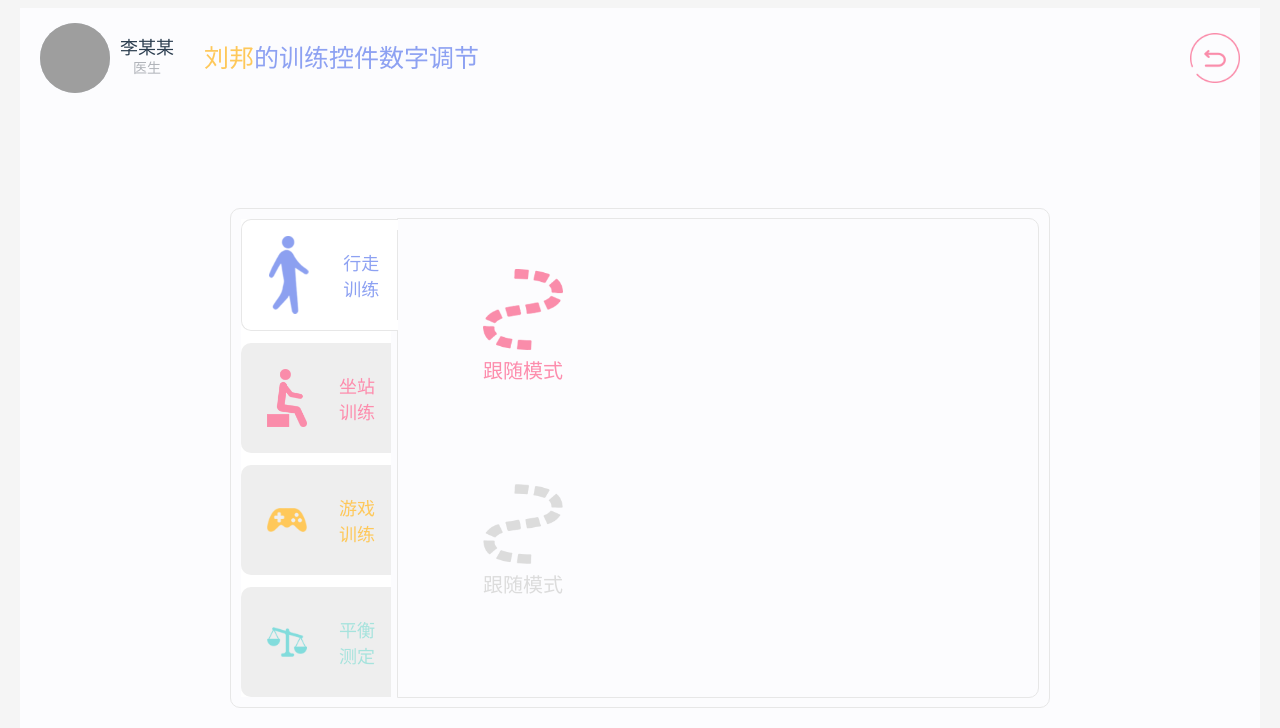
Repository: wangdanqing90/electron-vue-doctor
Page: /#/trainingAdjust
The author's editor kept a copy of each file at every save. The page is drawn from the files as they stood at one save, then again after the next save.
The browser window is 1280 px wide. The pictures show the whole page.
Pictures or frames that could not be fetched are drawn as grey boxes. The project was rebuilt for these pictures with package versions that can differ from the ones it lists, and the page was loaded fresh each time. Also part of the build but not shown: vue.config.js, src/views/Home.vue, src/assets/styles/variable.scss, src/assets/styles/iconfont.css.

Above is the page before, as saved 2020-01-15 10:55:15.

### public/index.html
<!DOCTYPE html>
<html lang="en">
  <head>
    <meta charset="utf-8">
    <meta http-equiv="X-UA-Compatible" content="IE=edge">
    <meta name="viewport" content="width=device-width,initial-scale=1.0">
    <link rel="icon" href="<%= BASE_URL %>favicon.ico">
    <title>electron-vue-demo</title>
  </head>
  <body>
    <noscript>
      <strong>We're sorry but electron-vue-demo doesn't work properly without JavaScript enabled. Please enable it to continue.</strong>
    </noscript>
    <div id="app"></div>
    <!-- built files will be auto injected -->
  </body>
</html>

### src/main.js
import Vue from 'vue'
import ElementUI from 'element-ui';
import 'element-ui/lib/theme-chalk/index.css';
import App from './App.vue'
import router from './router'
import store from './store'


import './assets/styles/variable.scss';
import './assets/styles/base.scss';
import './assets/styles/common.scss';
import './assets/styles/iconfont.css';
import common from './assets/js/common.js';


Vue.config.productionTip = false;
Vue.prototype.common = common;
Vue.use(ElementUI);


var vm = new Vue({
  router,
  store,
  render: h => h(App)
}).$mount('#app')





//var addon = require('bindings')('hello');var addon = require('bindings')('hello');
//alert(addon.hello()); // 'world'

### src/App.vue
<template>
  <div id="app">
    <!-- <div id="nav">
      <router-link to="/">Home</router-link> |
      <router-link to="/about">About</router-link>
    </div>-->
    <keep-alive>
      <router-view v-if="$route.meta.keepAlive"></router-view>
    </keep-alive>
    <router-view v-if="!$route.meta.keepAlive"></router-view>
  </div>
</template>

<style lang="scss">
#app {
  font-family: "Avenir", Helvetica, Arial, sans-serif;
  -webkit-font-smoothing: antialiased;
  -moz-osx-font-smoothing: grayscale;
  text-align: center;
  color: #2c3e50;
  height: 100%;
}
#nav {
  padding: 30px;
  a {
    font-weight: bold;
    color: #2c3e50;
    &.router-link-exact-active {
      color: #42b983;
    }
  }
}
</style>

### src/router.js
import Vue from 'vue'
import Router from 'vue-router'
import Home from './views/Home.vue'



const routerPush = Router.prototype.push
Router.prototype.push = function push(location) {
  return routerPush.call(this, location).catch(error => error)
}

Vue.use(Router)

export default new Router({
  routes: [{
      path: '/',
      name: 'home',
      component: Home,
      meta: {
        title: '首页',
        keepAlive: false
      }
    }, {
      path: '/login',
      name: 'login',
      component: () => import('./views/Login/Login.vue'),
      meta: {
        title: '登录',
        keepAlive: false
      }
    },
    {
      path: '/result',
      name: 'result',
      component: () => import('./views/Result/Result.vue'),
      meta: {
        title: '重置结果',
        keepAlive: false
      }
    },
    {
      path: '/forgetPassword',
      name: 'forgetPassword',
      component: () => import('./views/ForgetPassword/ForgetPassword.vue'),
      meta: {
        title: '忘记密码',
        keepAlive: false
      }
    }, {
      path: '/register',
      name: 'register',
      component: () => import('./views/Register/Register.vue'),
      meta: {
        title: '注册',
        keepAlive: false
      }
    }, {
      path: '/detailInform',
      name: 'detailInform',
      component: () => import('./views/DetailInform/DetailInform.vue'),
      meta: {
        title: '基本信息',
        keepAlive: false
      }
    }, {
      path: '/trainingList',
      name: 'trainingList',
      component: () => import('./views/TrainingList/TrainingList.vue'),
      meta: {
        title: '训练列表',
        keepAlive: false
      }
    }, {
      path: '/trainingPlan',
      name: 'trainingPlan',
      component: () => import('./views/TrainingPlan/TrainingPlan.vue'),
      meta: {
        title: '本次训练计划',
        keepAlive: false
      }
    }, {
      path: '/trainingSlider',
      name: 'trainingSlider',
      component: () => import('./views/TrainingSlider/TrainingSlider.vue'),
      meta: {
        title: '训练模式选择',
        keepAlive: false
      }
    }, {
      path: '/trainingAdjust',
      name: 'trainingAdjust',
      component: () => import('./views/TrainingAdjust/TrainingAdjust.vue'),
      meta: {
        title: '训练控件数字调节',
        keepAlive: false
      }
    }
  ]
})

### src/assets/styles/base.scss
html {
  background: #f5f5f5;
  height: 100%;
}

body {
  height: 100%;
}

p {
  margin: 0;
  padding: 0;
}

ol,
ul {
  list-style: none;
  margin: 0;
  padding: 0;
}

a {
  cursor: pointer;
}

.wrap-white {
  background: #fff;
  padding-left: 20px;
  padding-right: 20px;
  overflow: hidden;

}

.el-breadcrumb {
  margin-bottom: 15px;
}

.el-titleText {
  font-size: 20px;
  color: black;
  height: 64px;
  line-height: 64px;
}

//::-webkit-scrollbar {
//  width: 5px;
//  height: 5px;
//}
//
//::-webkit-scrollbar:horizontal {
//  height: 15px;
//}
//
//::-webkit-scrollbar-track-piece:vertical {
//  background-color: rgba(0, 0, 0, 0.2);
//  -webkit-border-radius: 6px;
//}
//
//::-webkit-scrollbar-track:horizontal {
//  background-color: rgba(0, 0, 0, 0.2);
//}
//
//::-webkit-scrollbar-thumb:vertical {
//  height: 5px;
//  background-color: rgba(125, 125, 125, 0.7);
//  -webkit-border-radius: 6px;
//}
//
//::-webkit-scrollbar-thumb:horizontal {
//  width: 5px;
//  background-color: rgba(125, 125, 125, 0.7);
//}

input[type="text"],
input[type="number"] {
  //-webkit-appearance: none;
  background-color: #fff;
  border-radius: 4px;
  border: 1px solid #d8dce5;
  box-sizing: border-box;
  color: #5a5e66;
  display: inline-block;
  font-size: inherit;
  height: 40px;
  line-height: 1;
  outline: 0;
  padding: 0 15px;
  -webkit-transition: border-color .2s cubic-bezier(.645, .045, .355, 1);
  transition: border-color .2s cubic-bezier(.645, .045, .355, 1);
  width: 100%;

  &:hover {
    border-color: #b4bccc;
  }

  &:focus {
    border-color: #409EFF;
    outline: 0;
  }
}

/*滚动条*/
::-webkit-scrollbar {
  -webkit-appearance: none;
}

::-webkit-scrollbar:vertical {
  width: 10px;
}

::-webkit-scrollbar:horizontal {
  height: 10px;
}

::-webkit-scrollbar-thumb {
  background-color: rgba(0, 0, 0, .5);
  border-radius: 10px;
  border: 2px solid #ffffff;
}

::-webkit-scrollbar-track {
  border-radius: 10px;
  background-color: #ffffff;
}

/*margin*/
.margin-bottom-240 {
  margin-bottom: 240px;
}

.margin-top--10 {
  margin-top: -10px;
}

.margin-top--15 {
  margin-top: -15px;
}

.margin-top--18 {
  margin-top: -18px;
}

.margin-top--20 {
  margin-top: -20px;
}

.margin-top--40 {
  margin-top: -40px;
}

.margin-top--60 {
  margin-top: -60px;
}

.margin-top--80 {
  margin-top: -80px;
}

.margin-top--180 {
  margin-top: -180px;
}

.margin-top-0 {
  margin-top: 0px !important;
}

.margin-top-10 {
  margin-top: 10px;
}

.margin-top-15 {
  margin-top: 15px;
}

.margin-top-20 {
  margin-top: 20px;
}

.margin-top-25 {
  margin-top: 25px;
}

.margin-top-30 {
  margin-top: 30px;
}

.margin-top-35 {
  margin-top: 35px;
}

.margin-top-40 {
  margin-top: 40px;
}

.margin-top-46 {
  margin-top: 46px;
}

.margin-top-50 {
  margin-top: 50px;
}

.margin-top-60 {
  margin-top: 60px;
}

.margin-top-70 {
  margin-top: 70px;
}

.margin-top-80 {
  margin-top: 80px;
}

.margin-top-100 {
  margin-top: 100px;
}

.margin-bottom-0 {
  margin-bottom: 0px !important;
}

.margin-bottom-5 {
  margin-bottom: 5px;
}

.margin-bottom-10 {
  margin-bottom: 20px;
}

.margin-bottom-20 {
  margin-bottom: 20px;
}

.margin-bottom-25 {
  margin-bottom: 25px;
}

.margin-bottom-30 {
  margin-bottom: 30px;
}

.margin-bottom-40 {
  margin-bottom: 40px;
}

.margin-bottom-50 {
  margin-bottom: 50px;
}

.margin-bottom-60 {
  margin-bottom: 60px;
}

.margin-bottom-70 {
  margin-bottom: 70px;
}

.margin-left-0 {
  margin-left: 0px !important;
}

.margin-left-5 {
  margin-left: 5px;
}

.margin-left--15 {
  margin-left: -15px;
}

.margin-left--35 {
  margin-left: -35px;
}

.margin-left-10 {
  margin-left: 10px;
}

.margin-left-25 {
  margin-left: 25px;
}

.margin-left-30 {
  margin-left: 30px;
}

.margin-left-40 {
  margin-left: 40px;
}

.margin-right-0 {
  margin-right: 0px;
}

.margin-right-5 {
  margin-right: 5px;
}

.margin-right-10 {
  margin-right: 10px;
}

.margin-right-30 {
  margin-right: 30px;
}


.margin-right--15 {
  margin-right: -15px;
}

.margin-right--35 {
  margin-right: -35px;
}

.margin-right--50 {
  margin-right: -50px;
}

.margin-0 {
  margin: 0px;
}

.padding-top-5 {
  padding-top: 5px;
}

.padding-top-10 {
  padding-top: 10px;
}

.padding-top-15 {
  padding-top: 15px;
}

.padding-top-20 {
  padding-top: 20px;
}

.padding-top-26 {
  padding-top: 26px;
}

.padding-top-30 {
  padding-top: 30px;
}

.padding-top-35 {
  padding-top: 35px;
}

.padding-top-40 {
  padding-top: 40px;
}

.padding-top-60 {
  padding-top: 60px;
}

.padding-top-70 {
  padding-top: 70px;
}

.padding-top-100 {
  padding-top: 100px;
}

.padding-top-150 {
  padding-top: 150px;
}

.padding-top-250 {
  padding-top: 250px;
}

.padding-left-0 {
  padding-left: 0px;
}

.padding-left-5 {
  padding-left: 5px;
}

.padding-left-7 {
  padding-left: 7.5px;
}

.padding-left-10 {
  padding-left: 10px;
}

.padding-left-12 {
  padding-left: 12px;
}

.padding-left-15 {
  padding-left: 15px;
}

.padding-left-20 {
  padding-left: 20px;
}

.padding-left-24 {
  padding-left: 24px;
}

.padding-left-30 {
  padding-left: 30px;
}

.padding-left-40 {
  padding-left: 40px;
}

.padding-left-50 {
  padding-left: 50px;
}

.padding-left-70 {
  padding-left: 70px;
}

.padding-left-90 {
  padding-left: 90px;
}

.padding-bottom-5 {
  padding-bottom: 5px;
}

.padding-bottom-10 {
  padding-bottom: 10px;
}

.padding-bottom-20 {
  padding-bottom: 20px;
}

.padding-bottom-26 {
  padding-bottom: 26px;
}

.padding-bottom-30 {
  padding-bottom: 30px;
}

.padding-bottom-40 {
  padding-bottom: 40px;
}

.padding-bottom-50 {
  padding-bottom: 50px;
}

.padding-bottom-60 {
  padding-bottom: 60px;
}

.padding-bottom-100 {
  padding-bottom: 100px;
}

.padding-right-0 {
  padding-right: 0px;
}

.padding-right-7 {
  padding-right: 7.5px;
}

.padding-right-15 {
  padding-right: 15px;
}

.padding-right-30 {
  padding-right: 30px;
}

.padding-right-40 {
  padding-right: 40px;
}

.padding-right-50 {
  padding-right: 50px;
}

.padding-right-60 {
  padding-right: 60px;
}

.padding-right-90 {
  padding-right: 90px;
}

.padding-0 {
  padding: 0px !important;
}

.padding-15 {
  padding: 15px;
}

.padding-20 {
  padding: 20px;
}

@media (min-width: 992px) {
  .margin-left-15 {
    margin-left: 15px;
  }

  .margin-right-15 {
    margin-right: 15px;
  }
}

body {
  font-size: 12px;
  color: #7F8FA4;
  font-family: "Helvetica Neue", Helvetica, "PingFang SC", "Hiragino Sans GB", "Microsoft YaHei", "微软雅黑", Arial, sans-serif;
  box-sizing: border-box;
}

.container {
  width: 1200px;
  min-height: 100%;
  margin: 0 auto;
  background: #fcfcfe;
  padding: 0 20px;
}

.el-dialog__body {
  font-size: 12px;
}

.pb10 {
  padding-bottom: 10px;
}

.pb30 {
  padding-bottom: 30px;
}

.mb30 {
  margin-bottom: 30px;
}

.toolbar {
  background: #fff;
  padding: 10px;
  margin: 10px 0px;
  text-align: center;
}

.handleMoreWrap .el-dialog__body {
  padding: 10px;
}

.handleMore-title {
  text-align: center;
  padding-bottom: 6px;
}

.handleMoreHeight {
  max-height: 300px;
  overflow: hidden;
  overflow-y: auto;
  border-top: 1px solid #ddd;
  padding-top: 10px;
}

.el-table__header th {
  white-space: nowrap;
  font-size: 12px;
  font-weight: 100;
}

.content-wrapper {
  -webkit-overflow-scrolling: touch;
}

.center {
  text-align: center;
}

.text-right {
  text-align: right;
}

.text-left {
  text-align: left;
}

.f-left {
  float: left;
}

.f-right {
  float: right;
}

.hand {
  cursor: pointer;
}

/*flex兼容*/
.display_flex {
  display: -webkit-box;
  display: -ms-flexbox;
  display: -webkit-flex;
  display: flex;
}

// .display_flex>* {
//   display: block;
// }

.display_inline-flex {
  display: -webkit-inline-box;
  display: -ms-inline-flexbox;
  display: -webkit-inline-flex;
  display: inline-flex;
}

// .display_inline-flex>* {
//   display: block;
// }

/*伸缩流方向*/
.flex-direction_column {
  -webkit-box-orient: vertical;
  -ms-flex-direction: column;
  -webkit-flex-direction: column;
  flex-direction: column;
}

/*主轴对齐*/
.justify-content_flex-center {
  -webkit-box-pack: center;
  -ms-flex-pack: center;
  -webkit-justify-content: center;
  justify-content: center;
}

.justify-content_flex-start {
  -webkit-box-pack: start;
  -ms-flex-pack: start;
  -webkit-justify-content: flex-start;
  justify-content: flex-start;
}

.justify-content_flex-end {
  -webkit-box-pack: end;
  -ms-flex-pack: end;
  -webkit-justify-content: flex-end;
  justify-content: flex-end;
}

.justify-content_flex-justify {
  -webkit-box-pack: justify;
  -ms-flex-pack: justify;
  -webkit-justify-content: space-between;
  justify-content: space-between;
}

.justify-content_flex-around {
  -webkit-box-pack: justify;
  -ms-flex-pack: justify;
  -webkit-justify-content: space-around;
  justify-content: space-around;
}

/*侧轴对齐*/
.align-items_flex-start {
  -webkit-box-align: start;
  -ms-flex-align: start;
  -webkit-align-items: flex-start;
  align-items: flex-start;
}

.align-items_flex-end {
  -webkit-box-align: end;
  -ms-flex-align: end;
  -webkit-align-items: flex-end;
  align-items: flex-end;
}

.align-items_center {
  -webkit-box-align: center;
  -ms-flex-align: center;
  -webkit-align-items: center;
  align-items: center;
}

.align-items_baseline {
  -webkit-box-align: baseline;
  -ms-flex-align: baseline;
  -webkit-align-items: baseline;
  align-items: baseline;
}

/*伸缩性*/
.flex_auto {
  -webkit-box-flex: 1;
  -ms-flex: auto;
  -webkit-flex: auto;
  flex: auto;
}

.flex_1 {
  width: 0;
  -webkit-box-flex: 1;
  -ms-flex: 1;
  -webkit-flex: 1;
  flex: 1;
}

/*显示顺序*/
.order_2 {
  -webkit-box-ordinal-group: 2;
  -ms-flex-order: 2;
  -webkit-order: 2;
  order: 2;
}

.order_3 {
  -webkit-box-ordinal-group: 3;
  -ms-flex-order: 3;
  -webkit-order: 3;
  order: 3;
}

### src/assets/styles/common.scss
.clearfix {

  &::after {
    display: block;
    height: 0;
    content: ".";
    clear: both;
    visibility: hidden;
  }
}

.float-left {
  float: left;
}

.float-right {
  float: right;
}

.align-left {
  text-align: left;
}

.align-right {
  text-align: right;
}

.small-size {
  font-size: 12px !important;
}

.large-size {
  font-size: 16px !important;
}

.New-elFrom {
  padding: 10px;
  background: #fff;

  .el-form-item {
    margin-bottom: 0;
  }

  .el-form-item__label {
    padding: 0;
    line-height: 30px;
    font-size: 12px;
    color: #7F8FA4;

  }

  .el-form-item__content-btn {
    text-align: center;
    padding: 20px 0 10px;
  }

  .el-select {
    display: block;
  }

  .el-date-editor.el-input,
  .el-input-number--medium {
    width: 100%;
  }
}

.el-radio-group {
  display: flex;
  display: -webkit-flex;
}

.el-radio-group .el-radio-button {
  flex: 1;
}



.el-button.purple,
.el-button.purple:active,
.el-button.purple:focus,
.el-button.purple:hover {
  color: white;
  background-color: #8c69e7;
  border: none;
  box-shadow: 0 2px 12px 0 rgba(240, 240, 240, 0.1)
}



.el-dialog {
  border-radius: 10px;

  .el-dialog__body {
    .purple {
      color: $purpleFontColor;
      font-size: 20px;
    }
  }
}

.el-form-item__label {
  color: $purpleFontColor;
}

.el-message-box .el-message-box__content {
  color: $purpleFontColor;
  font-size: 20px;
  margin: 30px 0;
  text-align: center;
}

.purpleFontColor {
  color: $purpleFontColor;
}

.pinkFontColor {
  color: $pinkFontColor;
}

.greenFontColor {
  color: $greenFontColor;
}

.yellowFontColor {
  color: $yellowFontColor;
}

### src/assets/js/common.js
1
export default {
    login: function () {
        console.log("1111");
    },

    // 判断是否为空
    isNullOrBlank: function (strJudge) {
        return strJudge === null || strJudge === undefined || strJudge === '';
    },

    // 计算两个日期时间差
    DateDiff: function (sDate1, sDate2) { // sDate1和sDate2是2002-12-18格式
        var aDate, oDate1, oDate2, iDays
        aDate = sDate1.split('-')
        oDate1 = new Date(aDate[1] + '-' + aDate[2] + '-' + aDate[0])
        aDate = sDate2.split('-')
        oDate2 = new Date(aDate[1] + '-' + aDate[2] + '-' + aDate[0])
        iDays = parseInt(Math.abs(oDate1 - oDate2) / 1000 / 60 / 60 / 24)
        return iDays
    }
}

### src/views/TrainingAdjust/TrainingAdjust.vue
/* eslint-disable vue/no-unused-vars */
<template>
  <div class="container">
    <HeaderDoctor :leftImg="leftImg" :title="title" :titleName="titleName">
      <template v-slot:right>
        <div class="header-right-div display_flex justify-content_flex-center align-items_center">
          <img src="@/../images/back.png" @click="backClick" />
        </div>
      </template>
    </HeaderDoctor>

    <div class="inform-container">
      <div class="inform-inner display_flex justify-content_flex-justify align-items_center">
        <div
          class="left display_inline-flex flex-direction_column justify-content_flex-justify align-items_center"
        >
          <div
            class="left-inner"
            :class="activeClass == index ? 'active':''"
            v-for="(item,index) in tagList"
            :key="index"
            @click="getItem(index)"
          >
            <div
              class="left-inner-inner display_flex justify-content_flex-around align-items_center"
            >
              <img :src="item.imgsrc" />
              <div :class="item.colorClass">
                <div>{{item.name}}</div>
                <div>{{item.namebottom}}</div>
              </div>
            </div>
          </div>
        </div>
        <div class="right">
          <div
            class="adjust-container"
            :class="activeRightClass == index ? item.colorClass:''"
            v-for="(item,index) in adjustList"
            :key="index"
            @click="selectClick(index)"
          >
            <div class="top">
              <img :src="item.activeRightClass?item.selectedImg:item.unselectedImg" />
              <div>{{item.title}}</div>
            </div>
            <div class="bottom">
              <Adjust></Adjust>
            </div>
          </div>
        </div>
      </div>
    </div>
  </div>
</template>

<script>
import HeaderDoctor from "@/components/HeaderDoctor/HeaderDoctor.vue";
import Adjust from "@/components/Adjust/Adjust.vue";

export default {
  name: "trainingPlan",
  components: {
    HeaderDoctor,
    Adjust
  },

  data() {
    return {
      leftImg: "",
      activeClass: 0,
      activeRightClass: 0,
      tagList: [
        {
          name: "行走",
          namebottom: "训练",
          id: 1,
          imgsrc: require("@/../images/walkingtraining.png"),
          colorClass: "purpleFontColor"
        },
        {
          name: "坐站",
          namebottom: "训练",
          id: 2,
          imgsrc: require("@/../images/stationtraining.png"),
          colorClass: "pinkFontColor"
        },
        {
          name: "游戏",
          namebottom: "训练",
          id: 3,
          imgsrc: require("@/../images/gametraining.png"),
          colorClass: "yellowFontColor"
        },
        {
          name: "平衡",
          namebottom: "测定",
          id: 4,
          imgsrc: require("@/../images/balancedetermination.png"),
          colorClass: "greenFontColor"
        }
      ],
      adjustList: [
        {
          selectedImg: require("@/../images/followmode_0.png"),
          unselectedImg: require("@/../images/followmode_2.png"),
          title: "跟随模式",
          width: "210px",
          colorClass: "pinkFontColor",
          activeRightClass: true
        },
        {
          selectedImg: require("@/../images/followmode_0.png"),
          unselectedImg: require("@/../images/followmode_2.png"),
          title: "跟随模式",
          width: "210px",
          colorClass: "pinkFontColor",
          activeRightClass: false
        }
      ]
    };
  },
  created() {
    this.leftImg = require("../../../images/logo.png");
    this.title = "的训练控件数字调节";
    this.titleName = "刘邦";
  },
  methods: {
    backClick() {
      this.$router.go(-1);
    },
    getItem(index) {
      this.activeClass = index; // 把当前点击元素的index，赋值给activeClass
    },
    selectClick(index) {
      this.activeRightClass = index; // 把当前点击元素的index，赋值给activeClass
    }
  },
  watch: {}
};
</script>

<style scoped lang="scss">
.header {
  .header-right {
    img {
      width: 50px;
      margin-left: 20px;
    }
  }
}
.inform-container {
  box-sizing: border-box;
  margin: 100px auto;
  height: 500px;
  font-size: 12px;
  border-radius: 10px;
  border: 1px solid #e7e7e7;
  width: 820px;

  .inform-inner {
    box-sizing: border-box;
    padding: 10px;
    height: 100%;
    font-size: 18px;
    .left {
      width: 150px;
      background: white;
      height: 100%;
      z-index: 10;
      .left-inner {
        width: 100%;
        border-radius: 10px 0 0 10px;
        background: #eeeeee;
        .left-inner-inner {
          height: 90px;
          margin: 10px 0 10px 10px;
        }
        img {
          width: 40px;
        }
      }
      .active {
        background: white;
        border-top: 1px solid #e7e7e7;
        border-left: 1px solid #e7e7e7;
        border-bottom: 1px solid #e7e7e7;
        width: 156px;
        margin-right: -6px;
        .left-inner-inner {
          border-right: 1px solid #e7e7e7;
        }
      }
    }
    .right {
      width: 640px;
      height: 100%;
      border-top: 1px solid #e7e7e7;
      border-right: 1px solid #e7e7e7;
      border-bottom: 1px solid #e7e7e7;
      border-left: 1px solid #e7e7e7;
      border-radius: 0 10px 10px 0;
      color: #dcdcdc;
      .adjust-container {
        width: 210px;
        padding: 50px 20px;
        .purpleFontColor {
          color: $purpleFontColor;
        }

        .pinkFontColor {
          color: $pinkFontColor;
        }

        .greenFontColor {
          color: $greenFontColor;
        }

        .yellowFontColor {
          color: $yellowFontColor;
        }
        .top {
          font-size: 20px;
          img {
            width: 80px;
          }
        }
      }
    }
  }
}
</style>

### src/components/HeaderDoctor/HeaderDoctor.vue
// 头部组件
<template>
  <el-row>
    <el-col :span="24" class="header">
      <div
        @click="jumpDoctorInform"
        class="header-left f-left display_flex justify-content_flex-center align-items_center"
      >
        <el-avatar
          :size="70"
          src="https://cube.elemecdn.com/0/88/03b0d39583f48206768a7534e55bcpng.png"
        ></el-avatar>
        <div
          class="display_flex flex-direction_column justify-content_flex-center align-items_center margin-left-10"
        >
          <div class="name">李某某</div>
          <div class="job">医生</div>
        </div>
      </div>
      <div class="header-middle-name f-left">{{titleName}}</div>
      <div class="header-middle f-left">{{title}}</div>

      <div class="header-right f-right">
        <slot name="right"></slot>
      </div>
    </el-col>
  </el-row>
</template>

<script>
export default {
  name: "HeaderDoctor",
  props: {
    msg: String,
    leftImg: {
      type: String,
      default: "../../../images/logo.png"
    },
    title: { String, default: "" },
    titleName: { String, default: "" }
  },

  data() {
    return {};
  },

  created() {},
  beforeDestroy() {},
  beforeMount() {},
  mounted() {},
  destroyed() {},
  methods: {
    jumpDoctorInform() {
      this.$router.push({
        path: "/detailInform",
        name: "detailInform",
        query: { type: "doctor" }
      });
    }
  }
};
</script>

<style scoped lang="scss">
.header {
  height: 100px;
  line-height: 100px;
  .header-left {
    height: 100%;
    text-align: left;
    margin-right: 30px;
    img {
      width: 150px;
    }
    .name {
      height: 20px;
      line-height: 20px;
      font-size: 18px;
    }
    .job {
      height: 20px;
      line-height: 20px;
      font-size: 14px;
      color: #b0b3b9;
    }
  }
  .header-middle-name {
    font-size: 25px;

    color: $yellowFontColor;
  }
  .header-middle {
    font-size: 25px;

    color: $purpleFontColor;
  }
  .header-right {
    height: 100%;
  }
}

::v-deep .header-right-div {
  height: 100%;
}
</style>

### src/components/Adjust/Adjust.vue
// 调节组件
<template>
  <el-row>
    <el-col :span="24" class="adjust">
      <div class></div>
    </el-col>
  </el-row>
</template>

<script>
export default {
  name: "Adjust",
  props: {
    msg: String,
    leftImg: {
      type: String,
      default: "../../../images/logo.png"
    },
    title: { String, default: "" }
  },

  data() {
    return {};
  },

  created() {},
  beforeDestroy() {},
  beforeMount() {},
  mounted() {},
  destroyed() {},
  methods: {}
};
</script>

<style scoped lang="scss">
</style>

Loaded but not shown: src/store.js (common file)

After the next save:
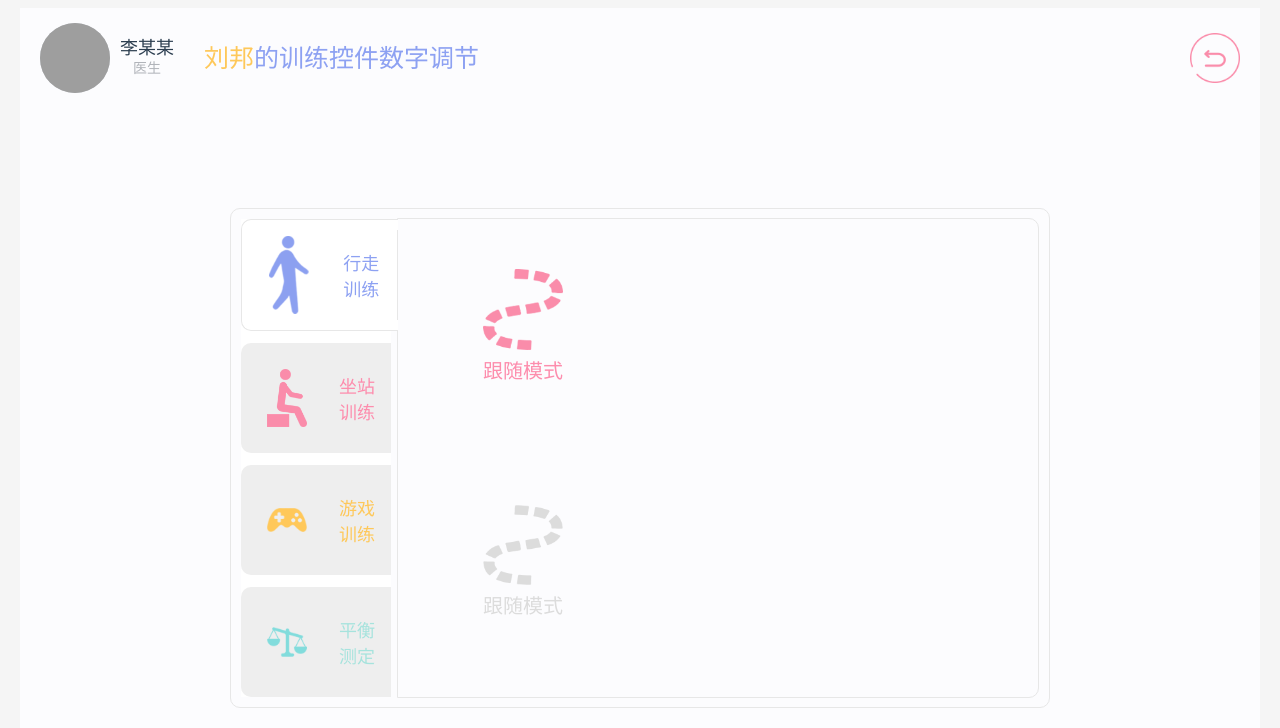
Saved 5 min 4 s later.
--- a/src/components/Adjust/Adjust.vue
+++ b/src/components/Adjust/Adjust.vue
@@ -2,7 +2,9 @@
 <template>
   <el-row>
     <el-col :span="24" class="adjust">
-      <div class></div>
+      <div class>
+        <img />
+      </div>
     </el-col>
   </el-row>
 </template>
